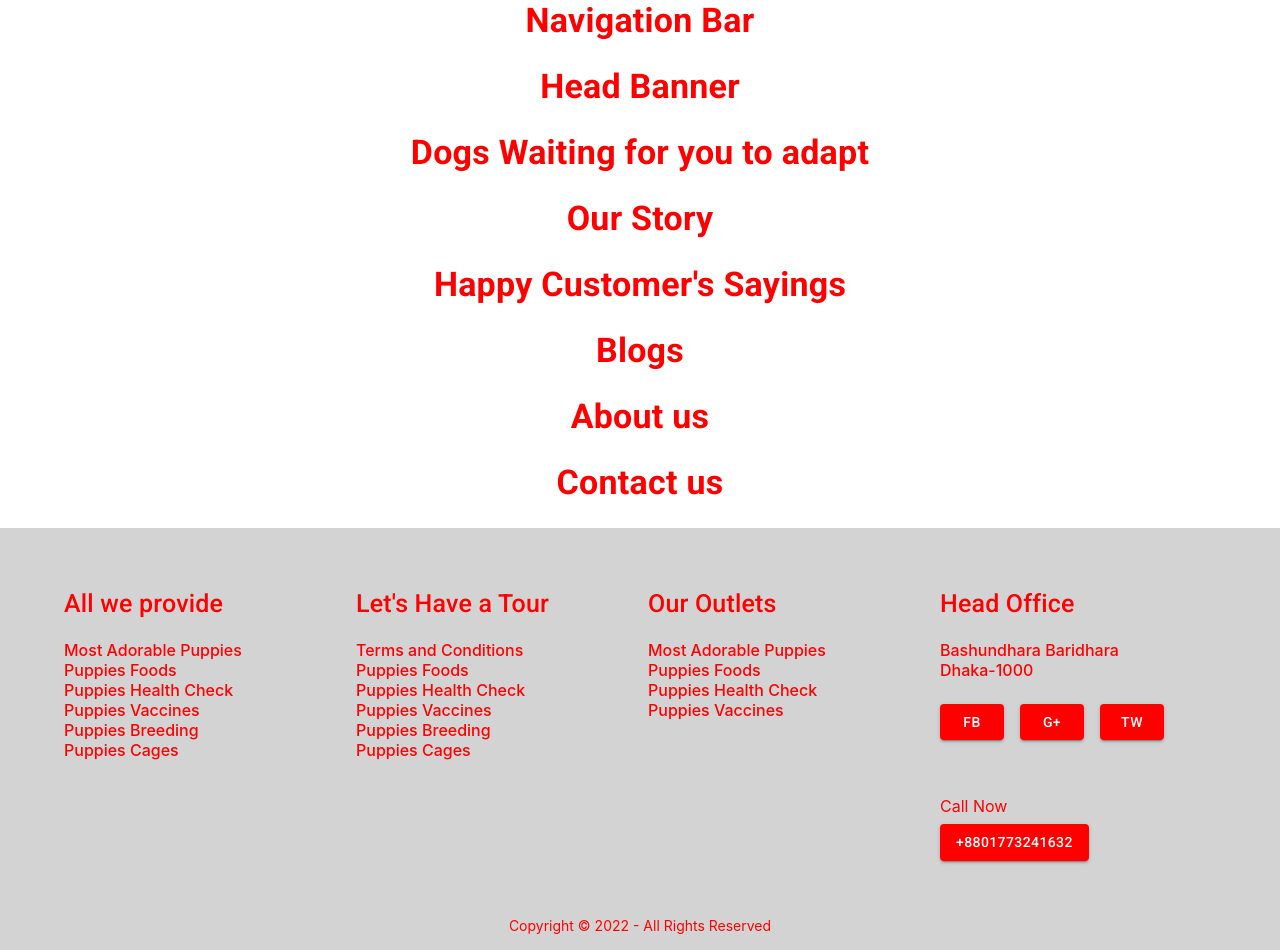
Repository: Sharif-00112/dogos-paradise-client
Page: /
An editor plug-in stored every save of this project. The page is shown before and after the next save, followed by the edit.
The browser window is 1280 px wide. The pictures show the whole page.
The page's requests for data from a server got no answer. The project was rebuilt for these pictures with package versions that can differ from the ones it lists, and the page was loaded fresh each time. Some packages were replaced by stand-ins written for this rebuild. No one was signed in, and anything a server would have sent is missing. Also part of the build but not shown: src/Pages/Login/Login/Login.js, src/Pages/Login/Register/Register.js, src/Pages/NotFound/NotFound.js.

Above is the page before, as saved 2022-11-30 23:05:42.

After the next save:
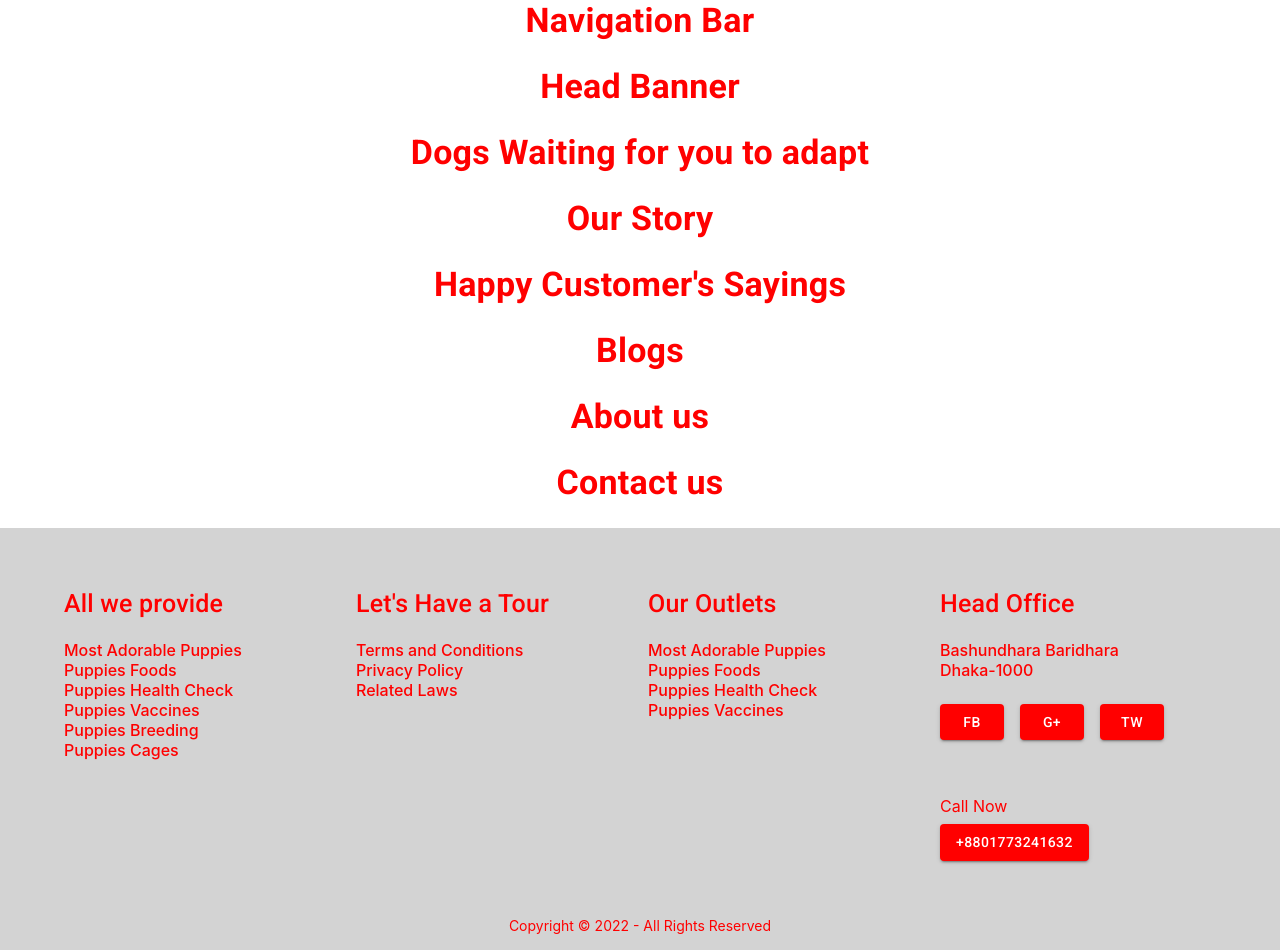
Saved 51 s later.
--- a/src/Pages/Shared/Footer/Footer.js
+++ b/src/Pages/Shared/Footer/Footer.js
@@ -66,31 +66,13 @@ const Footer = () => {
                         <Link
                             style={{ textDecoration:'none', color: 'red', fontWeight: 500, fontSize: 16 }}
                             to = '/checkUp'>
-                                Puppies Foods
+                                Privacy Policy
                         </Link>
                         <br />
                         <Link
                             style={{ textDecoration:'none', color: 'red', fontWeight: 500, fontSize: 16 }}
                             to = '/checkUp'>
-                                Puppies Health Check
-                        </Link>
-                        <br />
-                        <Link
-                            style={{ textDecoration:'none', color: 'red', fontWeight: 500, fontSize: 16 }}
-                            to = '/checkUp'>
-                                Puppies Vaccines
-                        </Link>
-                        <br />
-                        <Link
-                            style={{ textDecoration:'none', color: 'red', fontWeight: 500, fontSize: 16 }}
-                            to = '/checkUp'>
-                                Puppies Breeding
-                        </Link>
-                        <br />
-                        <Link
-                            style={{ textDecoration:'none', color: 'red', fontWeight: 500, fontSize: 16 }}
-                            to = '/checkUp'>
-                                Puppies Cages
+                                Related Laws
                         </Link>
                     </Grid>
                     <Grid item style={{ textAlign: 'left'}} xs={6} md={3}>
